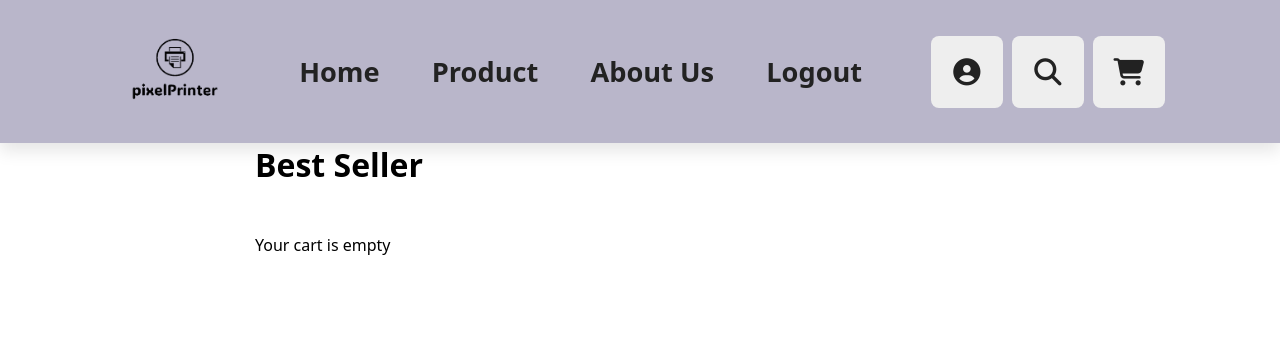
Repository: happy-kitty0821/PixlePrinters
Page: http://localhost/PixlePrint/DisplayCart
An editor plug-in stored every save of this project. The page is shown before and after the next save, followed by the edit.
The browser window is 1280 px wide. The pictures show the whole page.
Some web libraries are served in a nearby version. The page is served by Tomcat 9. The session is filled in as if someone had signed in: {"username": "testuser", "userId": 1, "accountType": "admin"}. Queries for data that is not in the repository find no rows.

Above is the page before, as saved 2024-05-09 15:57:57.

After the next save:
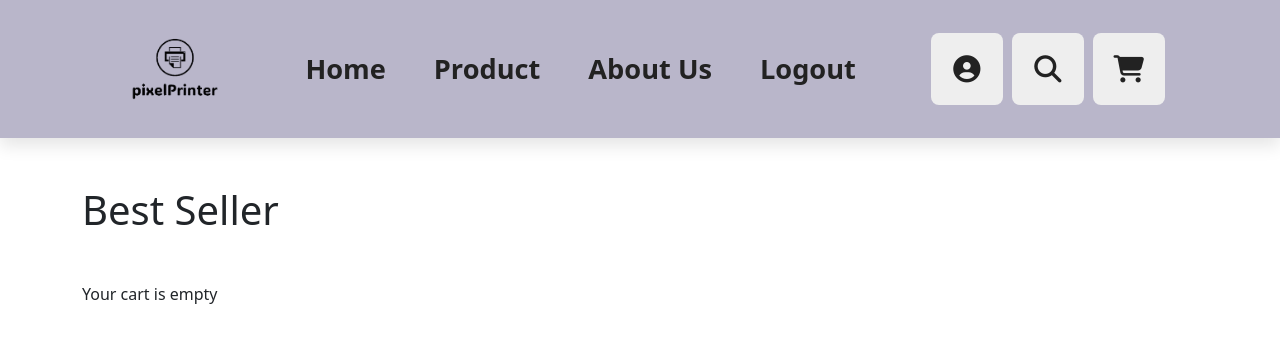
Saved 3 min 21 s later.
--- a/PixlePrint/src/main/webapp/pages/Cart.jsp
+++ b/PixlePrint/src/main/webapp/pages/Cart.jsp
@@ -7,42 +7,47 @@
     <meta charset="UTF-8">
     <title>Add To Cart</title>
     <link rel="stylesheet" href="${pageContext.request.contextPath}/css/Cart.css">
+    <link href="https://cdn.jsdelivr.net/npm/bootstrap@5.3.2/dist/css/bootstrap.min.css" rel="stylesheet">
     <script src="https://kit.fontawesome.com/11d376cef2.js" crossorigin="anonymous"></script>
 </head>
 <body>
     <div class="container mt-5">
         <h1 class="text-left mb-5">Best Seller</h1>
-        <div id="root">
+        <div class="row">
             <%
             List<UserCartModel> userCartDetails = (List<UserCartModel>) request.getAttribute("userCartDetails");
             if (userCartDetails != null && !userCartDetails.isEmpty()) {
                 for (UserCartModel cartItem : userCartDetails) {
             %>
-            <div class="product-card">
-                <div class="product-image">
-                    <img src="${pageContext.request.contextPath}/Uploads/ProductImages/<%= cartItem.getProductImage() %>" alt="<%= cartItem.getProductName() %>">
-                </div>
-                <div class="product-details">
-                    <h2><%= cartItem.getProductName() %></h2>
-                    <p>Quantity: <span id="quantity_<%= cartItem.getProductId() %>"><%= cartItem.getQuantity() %></span></p>
-                    <p>Price: <%= cartItem.getPrice() %></p>
-                    <div class="quantity-control">
-                        <button onclick="decreaseQuantity(<%= cartItem.getProductId() %>)">-</button>
-                        <button onclick="increaseQuantity(<%= cartItem.getProductId() %>)">+</button>
+            <div class="col-md-6 col-lg-4 mb-4">
+                <div class="card">
+                    <img src="${pageContext.request.contextPath}/Uploads/ProductImages/<%= cartItem.getProductImage() %>" class="card-img-top" alt="<%= cartItem.getProductName() %>">
+                    <div class="card-body">
+                        <h5 class="card-title"><%= cartItem.getProductName() %></h5>
+                        <p class="card-text">Quantity: <span id="quantity_<%= cartItem.getProductId() %>"><%= cartItem.getQuantity() %></span></p>
+                        <p class="card-text">Price: <%= cartItem.getPrice() %></p>
+                        <div class="d-flex justify-content-between">
+                            <div class="quantity-control">
+                                <button onclick="decreaseQuantity(<%= cartItem.getProductId() %>)" class="btn btn-sm btn-outline-primary">-</button>
+                                <button onclick="increaseQuantity(<%= cartItem.getProductId() %>)" class="btn btn-sm btn-outline-primary">+</button>
+                            </div>
+                            <form action="${pageContext.request.contextPath}/CheckoutServlet" method="post">
+                                <input type="hidden" name="productId" value="<%= cartItem.getProductId() %>">
+                                <input type="hidden" name="quantity" value="<%= cartItem.getQuantity() %>">
+                                <input type="hidden" name="userId" value="<%= session.getAttribute("userId") %>">
+                                <button type="submit" class="btn btn-primary">Buy Now</button>
+                            </form>
+                        </div>
                     </div>
-                    <form action="${pageContext.request.contextPath}/CheckoutServlet" method="post">
-                        <input type="hidden" name="productId" value="<%= cartItem.getProductId() %>">
-                        <input type="hidden" name="quantity" value="<%= cartItem.getQuantity() %>">
-                        <input type="hidden" name="userId" value="<%= session.getAttribute("userId") %>">
-                        <button type="submit" class="buy-now-btn">Buy Now</button>
-                    </form>
                 </div>
             </div>
             <%
                 }
             } else {
             %>
-            <p>Your cart is empty</p>
+            <div class="col">
+                <p>Your cart is empty</p>
+            </div>
             <%
             }
             %>
@@ -81,5 +86,7 @@
             });
         }
     </script>
+    <!-- Add Bootstrap JavaScript and dependencies (optional) -->
+    <script src="https://cdn.jsdelivr.net/npm/bootstrap@5.3.2/dist/js/bootstrap.bundle.min.js"></script>
 </body>
 </html>
